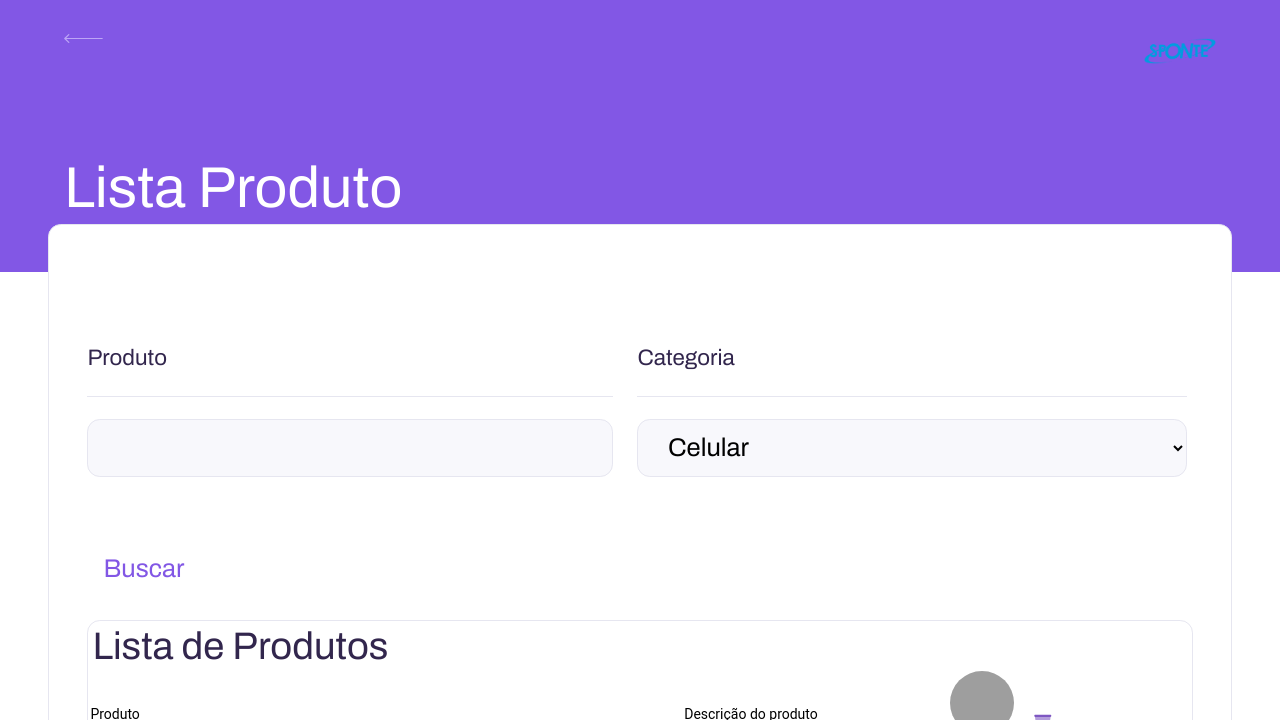
Repository: Henrique-Hoi-Dev/avalia-o-front-end
Page: /list (app in web/)
These files come from the project's save history. The page is drawn as it stood at one moment and after the next save; the edit follows.
The browser window is 1280 px wide. The pictures show the whole page.
Pictures or frames that could not be fetched are drawn as grey boxes. An inner scrolling area shows only its first screen. The project was rebuilt for these pictures with package versions that can differ from the ones it lists, and the page was loaded fresh each time. Also part of the build but not shown: web/src/pages/Home/styles.js, web/src/pages/Home/index.js, web/src/services/api.js, web/src/pages/RegistrationProduct/styles.js, web/src/components/HeaderRecord/styles.js, web/src/components/HeaderRecord/index.js, web/src/pages/RegistrationProduct/Avatarinput/styles.js, web/src/pages/RegistrationProduct/Avatarinput/index.js and 1 more.

Above is the page before, as saved 2020-09-02 21:47:11.

### web/public/index.html
<!DOCTYPE html>
<html lang="en">
  <head>
    <meta charset="utf-8" />
    <link rel="icon" href="%PUBLIC_URL%/favicon.ico" />
    <meta name="viewport" content="width=device-width, initial-scale=1" />
    <meta name="theme-color" content="#000000" />
    <meta
      name="description"
      content="Web site created using create-react-app"
    />
    <link
      href="https://fonts.googleapis.com/css2?family=Archivo:ital,wght@0,400;1,700&family=Poppins&display=swap"
      rel="stylesheet"
    />

    <title>Controle de estoque</title>
  </head>
  <body>
    <noscript>You need to enable JavaScript to run this app.</noscript>
    <div id="root"></div>
  </body>
</html>

### web/src/App.js
import React from 'react';
import Routes from './routes';

import GlobalStyle from './styles/global';

function App() {
  return (
    <>
      <Routes />
      <GlobalStyle />
    </>
  );
}

export default App;

### web/src/routes.js
import React from 'react';
import { BrowserRouter, Route } from 'react-router-dom';

import Home from './pages/Home';
import ListProduct from './pages/ListProduct';
import RegistrationProduct from './pages/RegistrationProduct';

function Routes() {
  return (
    <BrowserRouter>
      <Route path="/" exact component={Home} />
      <Route path="/list" component={ListProduct} />
      <Route path="/record-product" component={RegistrationProduct} />
    </BrowserRouter>
  );
}

export default Routes;

### web/src/styles/global.js
import { createGlobalStyle } from 'styled-components';

export default createGlobalStyle`


  * {
    margin: 0;
    padding: 0;
    outline: 0;
    border: 0;
    box-sizing: border-box;
  }
  html, body, #root {
    height: 100%;
    overflow-x: hidden;
  }


  body {
    background: linear-gradient(-70deg #f0f0f7);
    -webkit-font-smoothing: antialiased !important;

  }

  body, input, button {

    font-size: 14px;
    font-family: 'Roboto', sans-serif;
  }

  button {
    cursor: pointer;
  }

  :root {

  --color-background: #f0f0f7;
  --color-primary-lighter: #9871f5;
  --color-primary-light: #916bea;
  --color-primary: #8257e5;
  --color-primary-dark: #774dd6;
  --color-primary-darker: #6842c2;
  --color-secundary: #04d361;
  --color-secundary-dark: #04bf58;
  --color-title-in-primary: #ffffff;
  --color-text-in-primary: #d4c2ff;
  --color-text-title: #32264d;
  --color-text-complement: #9c98a6;
  --color-text-base: #6a6180;
  --color-line-in-white: #e6e6f0;
  --color-input-background: #f8f8fc;
  --color-button-text: #ffffff;
  --color-box-base: #ffffff;
  --color-box-footer: #fafafc;
}
`;

### web/src/pages/ListProduct/index.js
import React from 'react';
import * as Yup from 'yup';

import Header from '../../components/HeaderList';
import { FcEmptyTrash } from 'react-icons/fc';
import { Formik, Field, Form } from 'formik';
import { Container } from './styles';

const schema = Yup.object().shape({
  product: Yup.string()
    .required('! Este compo é obrigatório.')
    .max(100, '! No máximo 100 caracteres'),
  categoria: Yup.string().required('! Este compo é obrigatório.'),
});

function ListProduct() {
  function onSubmit(values) {
    console.log(values);
  }
  return (
    <Container>
      <Header />
      <div className="header-main">
        <Formik
          onSubmit={onSubmit}
          validationSchema={schema}
          validateOnBlur
          initialValues={{
            product: '',
            categoria: 'celular',
          }}
          render={({ values, errors }) => (
            <Form className="form-input">
              <div id="header-busca" className="header-title">
                <div className="buscar">
                  <label htmlFor="product">Produto</label>
                  <Field name="product" type="text" />
                  <span>{errors.product}</span>
                </div>

                <div className="categoria">
                  <label htmlFor="categoria">Categoria</label>
                  <Field nome="categoria" component="select">
                    <option value="celular">Celular</option>
                    <option value="tvs">Tvs</option>
                    <option value="notbook">Notbook</option>
                    <option value="acessorios">Acessórios</option>
                  </Field>
                </div>
              </div>
              <button type="submit">Buscar</button>

              <table className="table-list">
                <thead className="table-title">
                  <td>Lista de Produtos</td>
                </thead>
                <tbody>
                  <tr>
                    <td>Produto</td>
                    <td>Descrição do produto</td>
                    <img src="https://github.com/Henrique-Hoi-Dev" />
                    <button>
                      <FcEmptyTrash />
                    </button>
                  </tr>
                  <tr>
                    <td>Produto 2</td>
                    <td>blaqweqwe qweqwe</td>
                  </tr>
                </tbody>
              </table>
            </Form>
          )}
        />
      </div>
    </Container>
  );
}

export default ListProduct;

### web/src/components/HeaderList/index.js
import React from 'react';
import { Link } from 'react-router-dom';

import { PageHeader } from './styles';
import backIcon from '../../assets/back.svg';
import logo from '../../assets/logo.png';

function HeaderList() {
  return (
    <PageHeader>
      <div className="header">
        <Link to="/">
          <img src={backIcon} alt="voltar" />
        </Link>
        <img src={logo} alt="voltar" />
      </div>

      <div className="header-content">
        <h2>Lista Produto</h2>
      </div>
    </PageHeader>
  );
}

export default HeaderList;

### web/src/pages/ListProduct/styles.js
import styled from 'styled-components';
import { darken } from 'polished';

export const Container = styled.div`
  width: 100vw;
  height: 100vh;

  .header-main {
    background: var(--color-box-base);
    width: 100%;
    max-width: 74rem;
    border: 0.1rem solid var(--color-line-in-white);
    border-radius: 0.8rem;
    margin: -3rem auto 3.2rem;
    padding-top: 6.4rem;
    overflow: hidden;
  }

  input,
  select {
    width: 100%;
    height: 3.6rem;
    border-radius: 0.8rem;
    background: var(--color-input-background);
    border: 1px solid var(--color-line-in-white);
    outline: 0;
    padding: 0 1.6rem;
    font: 1.6rem Archivo;
  }

  .form-input {
    border: 0;
    padding: 0 2.4rem;
    margin-top: 0.1rem;

    button {
      background: none;
      border: 0;
      margin: 1rem;
      color: var(--color-primary);
      font: 700 1.6rem Archivo;
      cursor: pointer;
      transition: color 0.2s;

      &:hover {
        color: ${darken(0.03, '#6842c2')};
      }
    }
  }
  .header-title span {
    color: #ff0000;
    align-self: flex-start;
    margin: 0 0 10px;
    font-weight: bold;
  }

  label {
    font: 700 1.4rem Archivo;
    color: var(--color-text-title);
    margin-bottom: 1.4rem;
    margin-top: 1rem;
    display: flex;
    align-items: center;
    justify-content: space-between;
    width: 100%;
    padding-bottom: 1.6rem;
    border-bottom: 1px solid var(--color-line-in-white);
  }
  main {
    margin: 3.2rem auto;
    width: 90%;
  }
  .table-list {
    width: 100%;
    background: var(--color-box-base);
    border: 1px solid var(--color-line-in-white);
    border-radius: 0.8rem;
    margin-top: 1.4rem;

    thead {
      font: 700 2.4rem Archivo;
      display: block;
      color: var(--color-text-title);
    }

    tbody {
      margin-left: 2.4rem;
    }

    img {
      width: 4rem;
      height: 4rem;
      border-radius: 50%;
    }
  }

  @media (min-width: 1100px) {
    #header-busca {
      max-width: 1100px;

      display: grid;
      grid-template-columns: 1fr 1fr;
      grid-template-rows: 210px;
      grid-template-areas: 'buscar categoria ';
    }

    .buscar {
      grid-area: buscar;
      margin-right: 1.5rem;
    }

    .categoria {
      grid-area: categoria;
    }
  }
`;

### web/src/components/HeaderList/styles.js
import styled from 'styled-components';

export const PageHeader = styled.div`
  display: flex;
  flex-direction: column;
  background-color: var(--color-primary);

  .header {
    width: 90%;
    margin: 0 auto;
    display: flex;
    justify-content: space-between;
    align-items: center;
    color: var(--color-text-in-primary);
    padding: 1.6rem 0;

    a {
      height: 3.2rem;
      transition: opacity 0.2s;

      :hover {
        opacity: 0.6;
      }
    }

    img {
      height: 1.6rem;
    }
  }

  .header-content {
    width: 90%;
    margin: 0 auto;
    position: relative;
    margin: 3.2rem auto;

    a {
      font: 700 3.6rem Archivo;
      line-height: 4.2rem;
      color: var(--color-title-in-primary);
    }

    h2 {
      font: 700 3.6rem Archivo;
      line-height: 4.2rem;
      color: var(--color-title-in-primary);
    }
  }
`;

Loaded but not shown: web/src/index.js (common file)

After the next save:
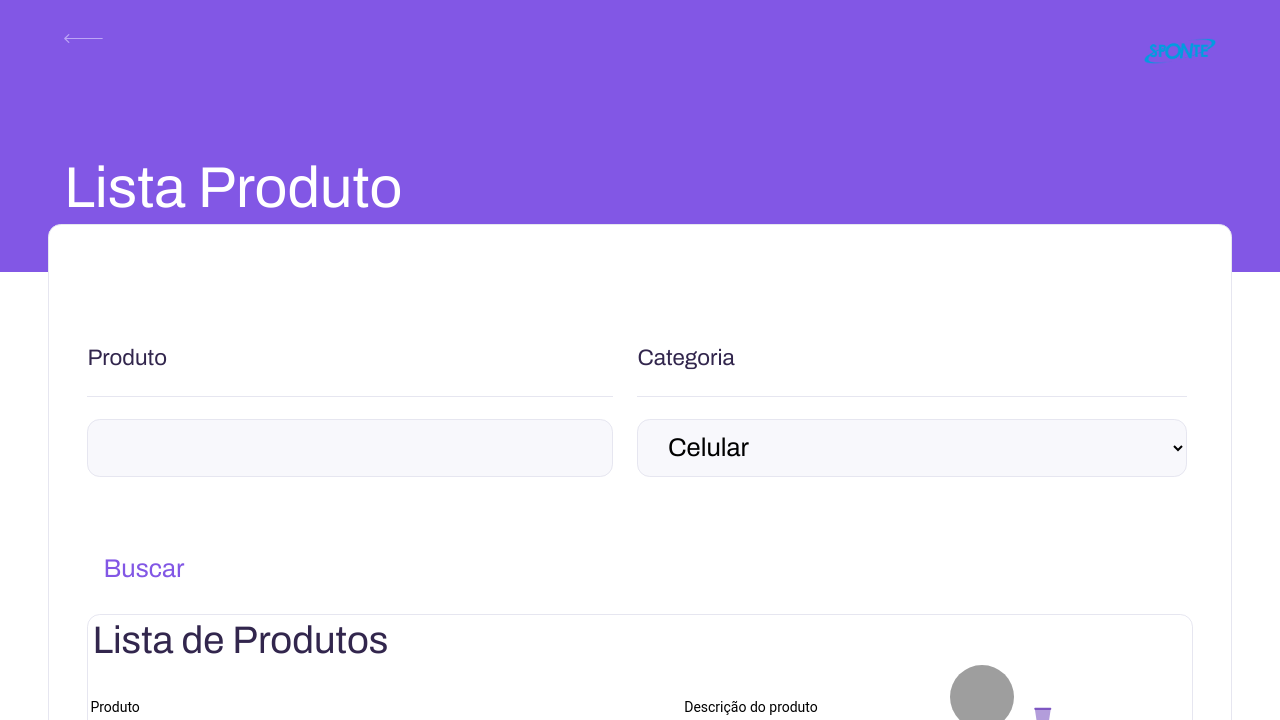
Saved 30 s later.
--- a/web/src/pages/ListProduct/styles.js
+++ b/web/src/pages/ListProduct/styles.js
@@ -75,7 +75,7 @@ export const Container = styled.div`
     background: var(--color-box-base);
     border: 1px solid var(--color-line-in-white);
     border-radius: 0.8rem;
-    margin-top: 1.4rem;
+    margin-top: 1rem;
 
     thead {
       font: 700 2.4rem Archivo;
